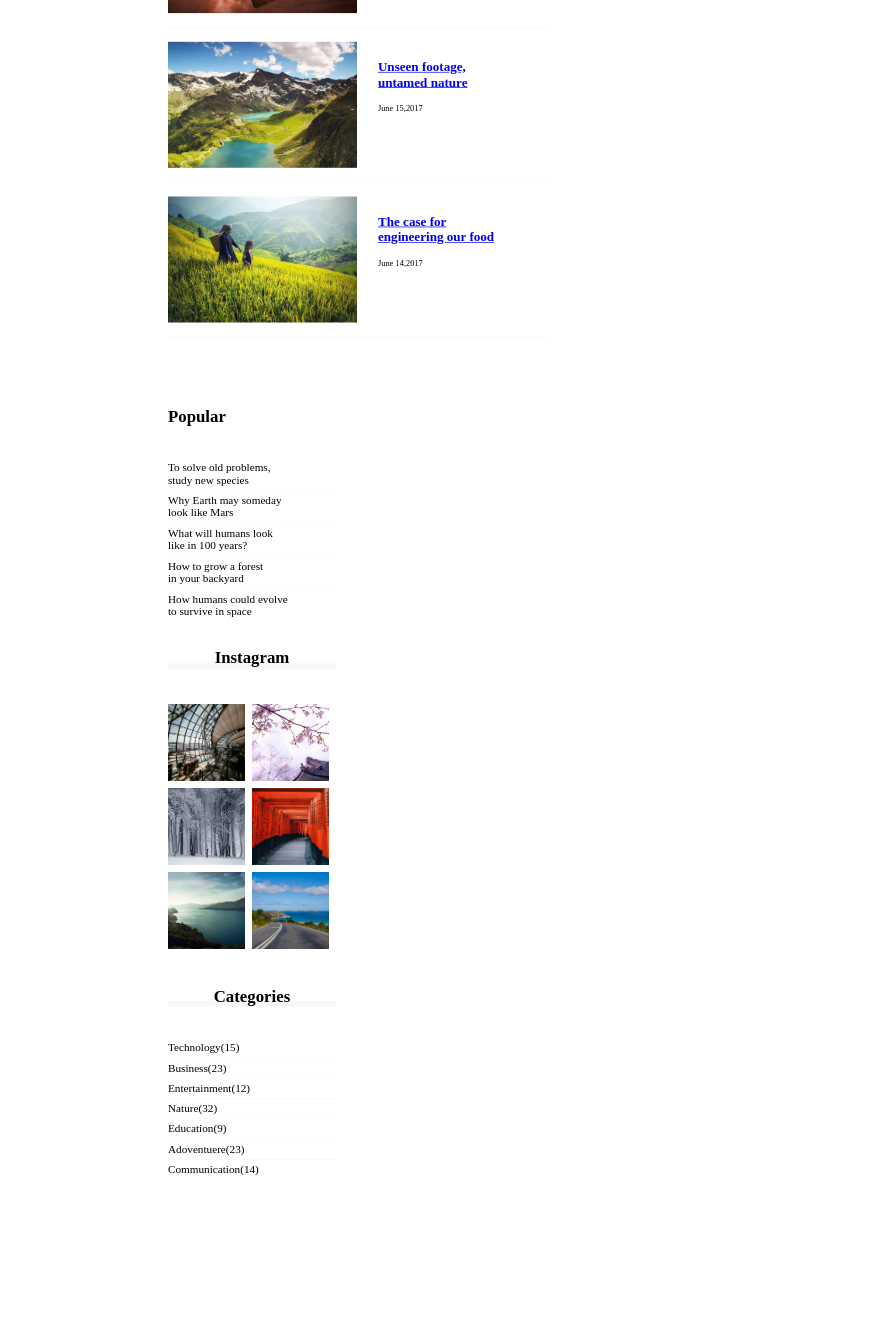
Repository: wakasugisatoi/git
Page: caravan/index2.html
The author's editor kept a record of every edit. The page is drawn from the files as they stood at one moment, then again after the next edit.
The browser window is 1280 px wide. The pictures show the part of the page from y = 1154 to 3074 px (the page is 3074 px tall), at 70% of full size.
Some web libraries are served in a nearby version.

Above is the page before.

After the next edit:
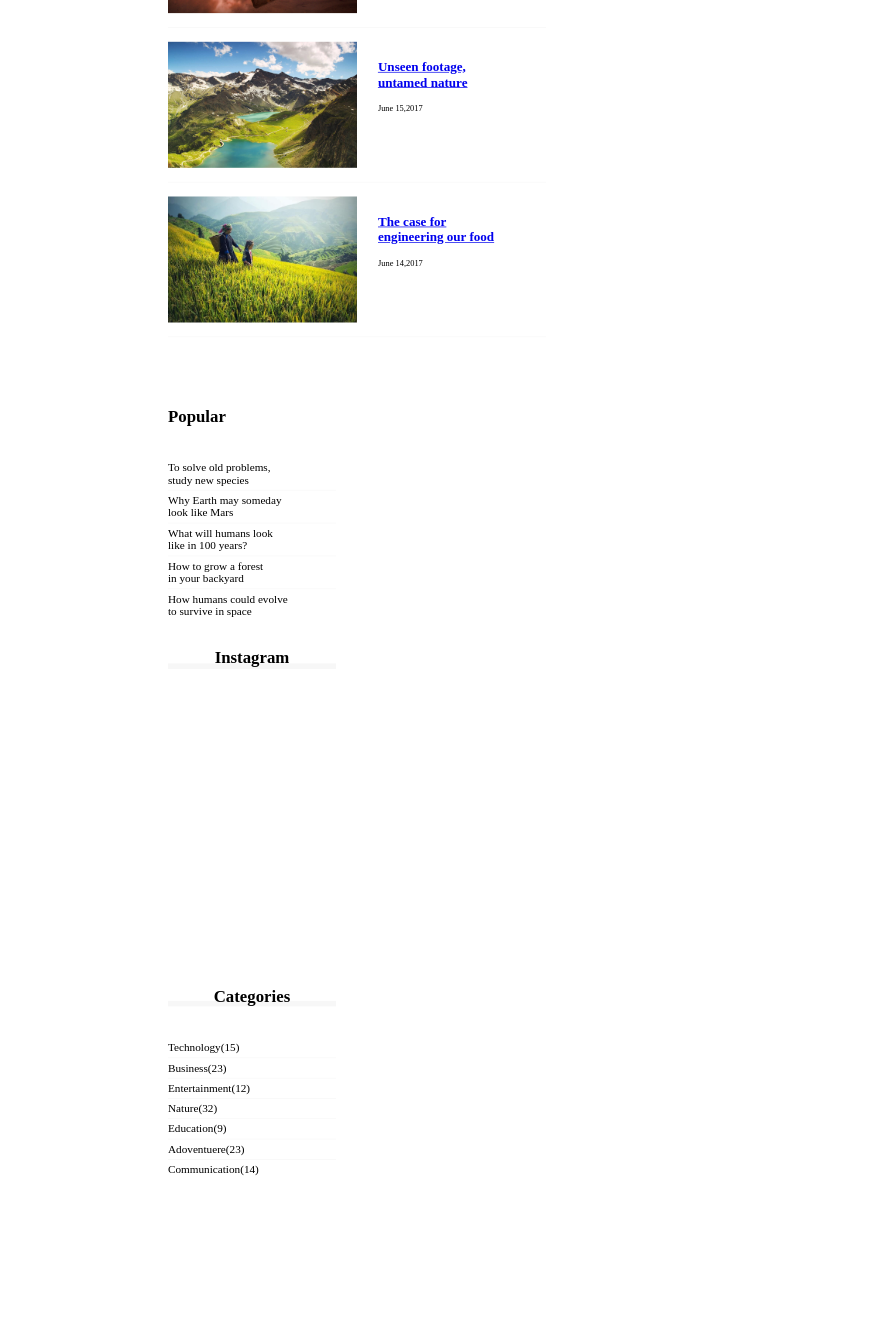
The edit:
--- a/caravan/style2.css
+++ b/caravan/style2.css
@@ -204,33 +204,33 @@ main{
   background-position: center;
   margin-bottom: 10px;
 }
-.instagram-box:nth-child(odd){
-  margin:0 10px 10px 0;
-}
-
-.instagram-box:nth-child(1){
-  background-image: url(img/img/airport.jpg);
-}
-
-.instagram-box:nth-child(2){
-  background-image: url(img/img/japan.jpg);
-}
-
-.instagram-box:nth-child(3){
-  background-image: url(img/img/snow.jpg);
-}
-
-.instagram-box:nth-child(4){
-  background-image: url(img/img/japan2.jpg);
-}
-
-.instagram-box:nth-child(5){
-  background-image: url(img/img/lake.jpg);
-}
-
-.instagram-box:nth-child(6){
-  background-image: url(img/img/road.jpg);
-}
+/*.instagram-box:nth-child(odd){*/
+/*  margin:0 10px 10px 0;*/
+/*}*/
+
+/*.instagram-box:nth-child(1){*/
+/*  background-image: url(img/img/airport.jpg);*/
+/*}*/
+
+/*.instagram-box:nth-child(2){*/
+/*  background-image: url(img/img/japan.jpg);*/
+/*}*/
+
+/*.instagram-box:nth-child(3){*/
+/*  background-image: url(img/img/snow.jpg);*/
+/*}*/
+
+/*.instagram-box:nth-child(4){*/
+/*  background-image: url(img/img/japan2.jpg);*/
+/*}*/
+
+/*.instagram-box:nth-child(5){*/
+/*  background-image: url(img/img/lake.jpg);*/
+/*}*/
+
+/*.instagram-box:nth-child(6){*/
+/*  background-image: url(img/img/road.jpg);*/
+/*}*/
 
 footer{
   width: 100%;
